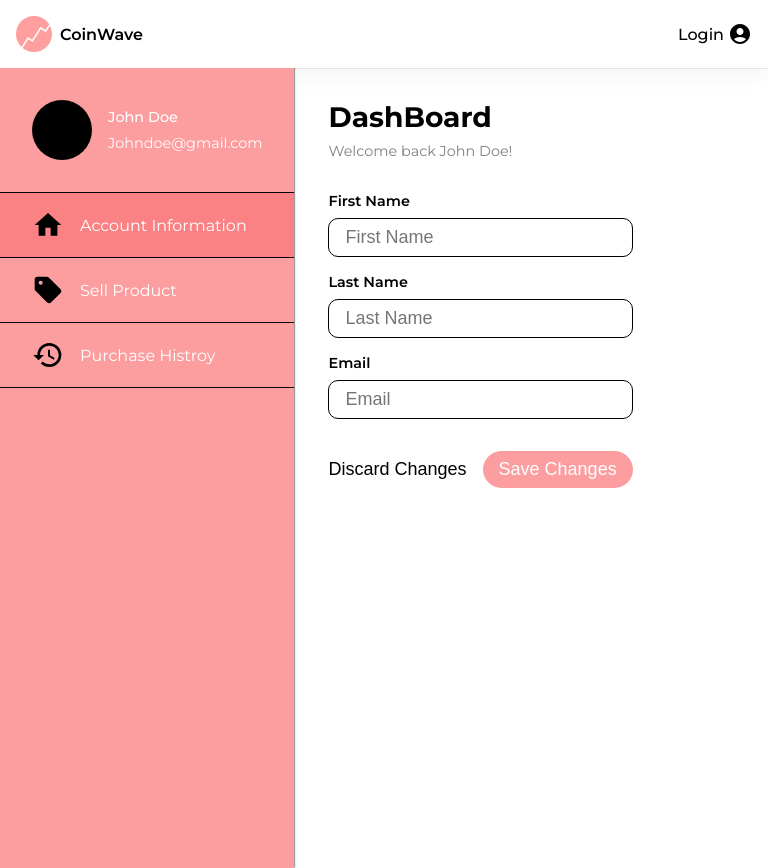
Repository: David-Waite/CoinWave
Page: /account
These files come from the project's save history. The page is drawn as it stood at one moment and after the next save; the edit follows.
The browser window is 768 px wide. The pictures show the whole page.
The project was rebuilt for these pictures with package versions that can differ from the ones it lists, and the page was loaded fresh each time. The framework's server and built-in components were replaced by stand-ins that run in the browser. Also part of the build but not shown: next.config.js, app/components/account/SellProduct/SellProduct.js, app/components/account/PurchaseHistory/PurchaseHistory.js.

Above is the page before, as saved 2023-08-16 11:31:42.

After the next save:
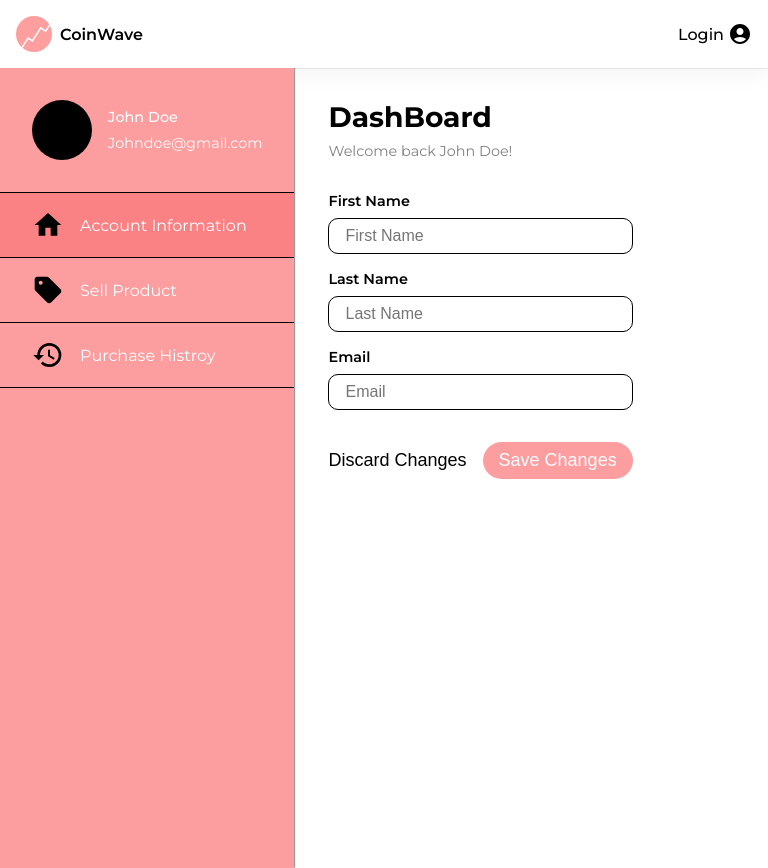
Saved 18 s later.
--- a/app/components/account/AccountInfomation/accountInformation.module.css
+++ b/app/components/account/AccountInfomation/accountInformation.module.css
@@ -80,4 +80,9 @@
   .nameContainer {
     grid-template-columns: 1fr;
   }
+  .email,
+  .lastName,
+  .firstName {
+    font-size: 16px;
+  }
 }
